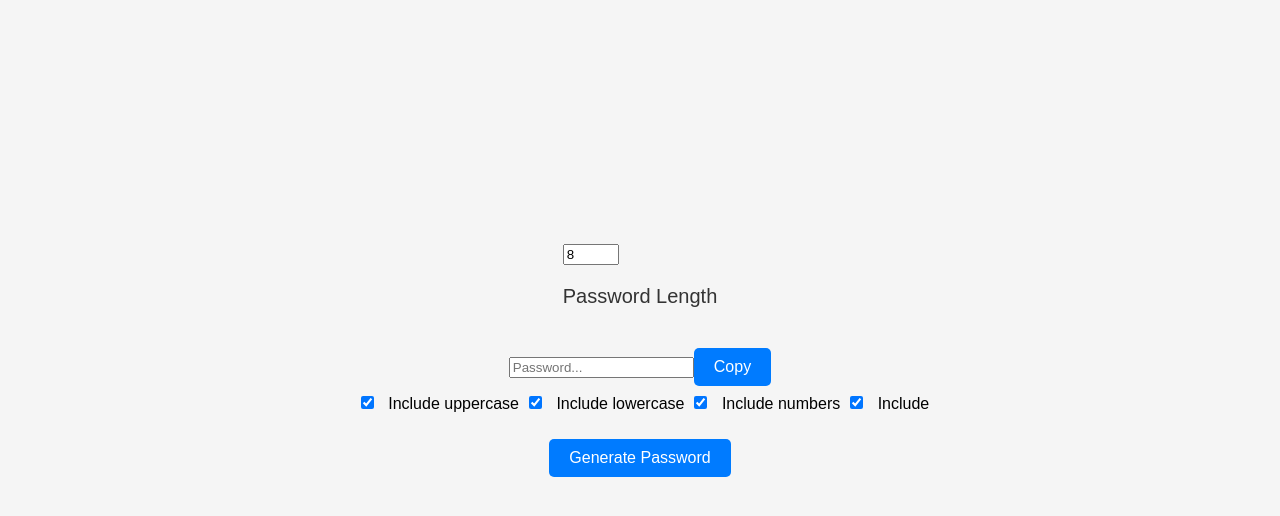
Repository: sriram1224/pass-generator
Page: /
An editor plug-in stored every save of this project. The page is shown before and after the next save, followed by the edit.
The browser window is 1280 px wide. The pictures show the whole page.
The project was rebuilt for these pictures with package versions that can differ from the ones it lists, and the page was loaded fresh each time.

Above is the page before, as saved 2024-03-21 19:56:36.

After the next save:
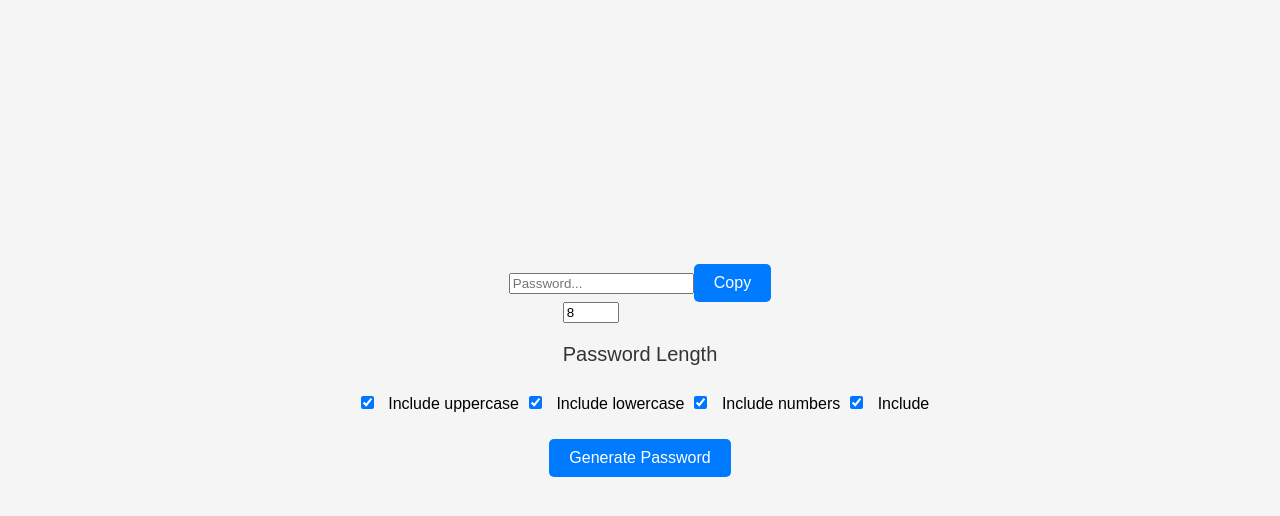
Saved 47 s later.
--- a/src/App.js
+++ b/src/App.js
@@ -45,14 +45,15 @@ function App() {
 
   return (
     <div className="App">
+      <label> <input type="text" value={password} placeholder='Password...' readOnly /><button onClick={() => navigator.clipboard.writeText(password)}>Copy</button>
+      </label>
       <label>
         <input type="number" value={length} onChange={(e) => setLength(parseInt(e.target.value))} min="1" max="50" />
 
         <p>Password Length</p>
 
       </label>
-      <label> <input type="text" value={password} placeholder='Password...' readOnly /><button onClick={() => navigator.clipboard.writeText(password)}>Copy</button>
-      </label>
+
       <label><input type="checkbox" checked={includeUpperref.current} onChange={() => handlechange(includeUpperref)} /> Include uppercase
       <input type="checkbox" checked={includeLowerref.current} onChange={() => handlechange(includeLowerref)} /> Include lowercase
       <input type="checkbox" checked={includeNumberref.current} onChange={() => handlechange(includeNumberref)} /> Include numbers
